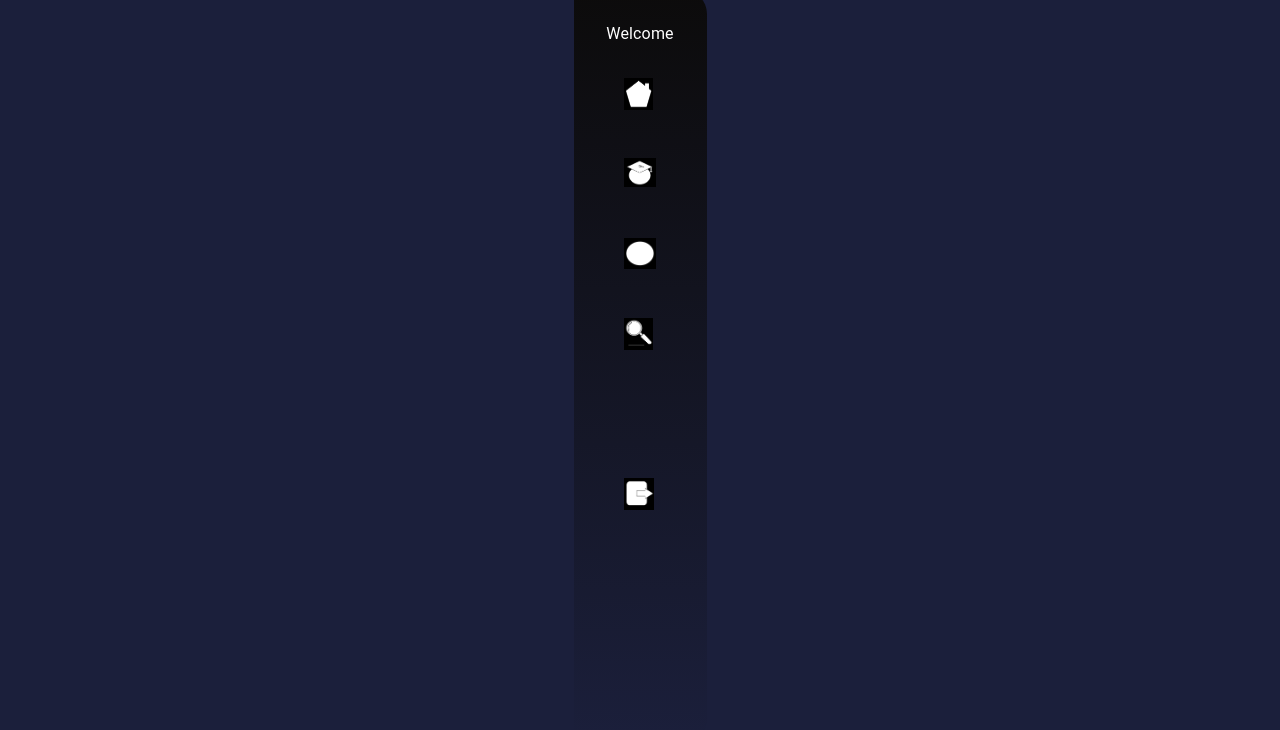
Repository: jvt2/OnlineCourseApp
Page: /dashboard
These files come from the project's save history. The page is drawn as it stood at one moment and after the next save; the edit follows.
The browser window is 1280 px wide. The pictures show the whole page.
The page's requests for data from a server got no answer. The project was rebuilt for these pictures with package versions that can differ from the ones it lists, and the page was loaded fresh each time. No one was signed in, and anything a server would have sent is missing. Also part of the build but not shown: src/features/auth/Register.js, src/features/auth/Login.js, src/features/courses/ResumeUpload.js, src/features/courses/CourseRecommendations.js, src/components/common/MyModal.js, src/features/courses/CourseCatalog.js, src/features/courses/CourseDetail.js, src/components/common/Navbar.js and 3 more. Imported but missing from the stored project, and not drawn on this page: src/app/reportWebVitals.

Above is the page before, as saved 2024-07-18 17:55:24.

### src/index.js
import React from 'react';
import ReactDOM from 'react-dom/client';
import { Provider } from 'react-redux';
import store from './redux/store';
import './index.css';
import App from './app/App';
import reportWebVitals from './app/reportWebVitals';

const root = ReactDOM.createRoot(document.getElementById('root'));
root.render(
  <React.StrictMode>
    <App />
  </React.StrictMode>
);

// If you want to start measuring performance in your app, pass a function
// to log results (for example: reportWebVitals(console.log))
// or send to an analytics endpoint. Learn more: https://bit.ly/CRA-vitals
reportWebVitals();

### src/redux/store.js
// src/redux/store.js

import { configureStore } from '@reduxjs/toolkit';
import userReducer from './userReducer';

const store = configureStore({
  reducer: {
    user: userReducer,
  },
});

export default store;

### src/redux/userReducer.js
// src/redux/userReducer.js
// src/redux/userReducer.js
import { createSlice } from '@reduxjs/toolkit';

const initialState = {
  id: null,
  email: null,
  token: null,
};

const userSlice = createSlice({
  name: 'user',
  initialState,
  reducers: {
    logIn(state, action) {
      state.id = action.payload.id;
      state.email = action.payload.email;
      state.token = action.payload.token;
    },
    logOut(state) {
      state.id = null;
      state.email = null;
      state.token = null;
    },
  },
});

export const { logIn, logOut } = userSlice.actions;
export default userSlice.reducer;

### src/app/App.css
/* App.css */
:root {
  --primary-bg-color: #1E1E2F;
  --secondary-bg-color: #282840;
  --primary-text-color: #F5F5F5;
  --link-color: #61dafb;
  --accent-color: #FF6B6B;
  --navbar-height: 4rem;
  --content-padding: 20px;
  --border-radius: 8px;
  --transition-duration: 0.3s;
  --gradient-bg-color: linear-gradient(120deg, #84fab0 0%, #8fd3f4 100%);
}

.App {
  text-align: center;
  font-family: 'Arial', sans-serif;
  background-color: var(--primary-bg-color);
}

.App-logo {
  height: 40vmin;
  pointer-events: none;
  filter: drop-shadow(0 0 10px var(--accent-color));
}

.App-header {
  background-color: var(--secondary-bg-color);
  min-height: 100vh;
  display: flex;
  flex-direction: column;
  align-items: center;
  justify-content: center;
  font-size: calc(10px + 2vmin);
  color: var(--primary-text-color);
  border-bottom-left-radius: var(--border-radius);
  border-bottom-right-radius: var(--border-radius);
}

.App-link {
  color: var(--link-color);
  transition: color var(--transition-duration);
}

.App-link:hover {
  color: var(--accent-color);
}

@media (prefers-reduced-motion: no-preference) {
  .App-logo {
    animation: App-logo-spin infinite 20s linear;
  }
}

@keyframes App-logo-spin {
  from {
    transform: rotate(0deg);
  }
  to {
    transform: rotate(360deg);
  }
}

.site-navbar {
  display: flex;
  align-items: center;
  background: var(--gradient-bg-color);
  padding: 10px 20px;
  height: var(--navbar-height);
  font-weight: 500;
  box-shadow: 0 4px 6px rgba(0, 0, 0, 0.1);
}

.navbar-nav {
  display: flex;
  align-items: center;
  list-style: none;
  margin: 0;
  padding: 0;
  flex-grow: 1;
  justify-content: center;
}

.nav-item {
  display: flex;
  align-items: center;
  justify-content: center;
  text-decoration: none;
  color: var(--primary-text-color);
  padding: 15px 25px;
  transition: all 0.3s ease-in-out;
  border-radius: var(--border-radius);
  position: relative;
}

.nav-item:before {
  content: '';
  position: absolute;
  top: 0;
  left: 0;
  width: 0;
  height: 100%;
  background: var(--accent-color);
  border-radius: var(--border-radius);
  transition: width 0.3s ease-in-out;
  z-index: -1;
}

.nav-item:hover:before {
  width: 100%;
}

.nav-item:hover {
  color: var(--secondary-bg-color);
  box-shadow: 0 4px 8px rgba(0, 0, 0, 0.2);
  text-decoration: none;
}

.navbar-brand {
  margin-right: auto;
  color: var(--primary-text-color);
  font-size: 1.5em;
  font-weight: bold;
}

.App-content {
  padding: var(--content-padding);
  color: var(--primary-text-color);
}

.App-footer {
  text-align: center;
  padding: var(--content-padding);
  background-color: var(--secondary-bg-color);
  color: var(--primary-text-color);
  box-shadow: 0 -4px 6px rgba(0, 0, 0, 0.1);
}

.course-recommendations {
  width: 80%;
  margin: auto;
  background: #f9f9f9;
  padding: 20px;
  border-radius: 5px;
  box-shadow: 0px 0px 10px rgba(0, 0, 0, 0.1);
}

.course-recommendations h2 {
  text-align: center;
  color: #333;
}

.course-recommendations .course {
  padding: 10px 0;
  border-bottom: 1px solid #eee;
}

.course-recommendations .course:last-child {
  border-bottom: none;
}

.course-recommendations .course button {
  margin-left: 10px;
}

body {
  background-color: #1a1a2e;
  color: #e94560;
}

.MuiContainer-root {
  background-color: #16213e;
  border-radius: 8px;
  padding: 20px;
  box-shadow: 0 4px 8px rgba(0, 0, 0, 0.2);
}

.customTextField .MuiInputBase-input {
  color: #fff;
  background-color: rgba(255, 255, 255, 0.1);
}

.customTextField .MuiInputLabel-root {
  color: rgba(255, 255, 255, 0.7);
}

.customTextField .MuiInputLabel-root.Mui-focused {
  color: #fff;
}

.customTextField .MuiOutlinedInput-root {
  &.Mui-focused .MuiOutlinedInput-notchedOutline {
    border-color: #fff;
  }
  & .MuiOutlinedInput-notchedOutline {
    border-color: rgba(255, 255, 255, 0.5);
  }
}

### src/features/dashboard/Dashboard.js
// src/features/dashboard/Dashboard.js
import React, { useEffect, useState } from 'react';
import axios from 'axios';
import { useSelector } from 'react-redux';
import { Container, Typography, Box, Grid, Card, CardContent, CardActions, Button, List, ListItem, ListItemText } from '@mui/material';
import { useNavigate } from 'react-router-dom';

import './Dashboard.css';

// Import or define the TopSection component
import TopSection from './TopSection';
import MiddleSection from './MiddleSection';
import BottomSection from './BottomSection';
import SideSection from './SideSection';

import RecommendedArticles from '../../components/common/Articles/RecommendedArticles';

function Dashboard() {
  const [articles, setArticles] = useState([]);
  const [enrolledCourses, setEnrolledCourses] = useState([]);
  const token = useSelector(state => state.user.token);
  const userId = useSelector(state => state.user.id);
  const userEmail = useSelector(state => state.user.email);
  const navigate = useNavigate();

  useEffect(() => {
    const fetchArticles = async () => {
      try {
        const response = await axios.get(`http://localhost:3001/user/${userId}/articles`, {
          headers: { Authorization: `Bearer ${token}` }
        });
        setArticles(response.data);
      } catch (error) {
        console.error('Error fetching articles:', error);
      }
    };

    const fetchEnrolledCourses = async () => {
      try {
        const response = await axios.get(`http://localhost:3001/user/${userId}/courses`, {
          headers: { Authorization: `Bearer ${token}` }
        });
        setEnrolledCourses(response.data);
      } catch (error) {
        console.error('Error fetching enrolled courses:', error);
      }
    };

    fetchArticles();
    fetchEnrolledCourses();
  }, [userId, token]);

  return (
    <div className="container">
      <Box className="sidebar">
        <div className="sidebar-main">
          <Typography className="sidebar-logo">Welcome</Typography>
          <div className="sidebar-icon icon-home" onClick={() => navigate('/dashboard')}></div>
          <div className="sidebar-icon icon-graduation"></div>
          <div className="sidebar-icon icon-user" onClick={() => navigate('/courses')}></div>
          <div className="sidebar-icon icon-search"></div>
          <div className="sidebar-icon icon-settings"></div>
          <div className="sidebar-icon icon-logout"></div>
        </div>
      </Box>
      <Box className="dashboard-container">
        <Typography className="dashboard-header" variant="h4" gutterBottom>
          Welcome, {userEmail}
        </Typography>
        <Grid container spacing={3}>
          <Grid item xs={12}>
            <TopSection />
          </Grid>
          <Grid item xs={12} md={8}>
            <MiddleSection />
            <BottomSection />
          </Grid>
          <Grid item xs={12} md={4}>
            <SideSection />
          </Grid>
        </Grid>
      </Box>
    </div>
  );
}

export default Dashboard;

### src/features/auth/Logout.js
// Logout.js
import { useEffect } from 'react';
import { useDispatch } from 'react-redux';
import { useNavigate } from 'react-router-dom';
import { logOut } from '../../redux/reducers/userslice'; // Import the logOut action

function Logout() {
  const navigate = useNavigate();
  const dispatch = useDispatch();

  useEffect(() => {
    localStorage.removeItem('token'); // Remove the token from local storage
    dispatch(logOut()); // Dispatch the logOut action
    navigate('/login'); // Navigate to the login page
  }, [dispatch, navigate]);

  return null;
}

export default Logout;

### src/components/common/LandingPage.css
body {
    display: flex;
    justify-content: center;
    align-items: center;
    height: 100vh;
    background-color: #f7f7f7;
    margin: 0;
    font-family: 'Roboto', sans-serif;
  }

  .sign-in-container {
    display: flex;
    justify-content: center;
    align-items: center;
    height: 100%;
    width: 100%;
  }

  .sign-in-form {
    background-color: white;
    padding: 60px;
    border-radius: 10px;
    box-shadow: 0 4px 8px rgba(0, 0, 0, 0.1);
    text-align: center;
    max-width: 600px;
    width: 90%;
  }

  .logo {
    width: 200px;
    height: 200px;
    margin-bottom: 30px;
    background-color: white;
    border-radius: 10px;
  }

  h1 {
    margin: 0;
    font-size: 32px;
    font-weight: 700;
  }

  .subtitle {
    margin: 10px 0;
    color: #555;
    font-size: 18px;
  }

  .google-sign-in {
    background-color: #ffffff;
    color: #000;
    border: 1px solid #ccc;
    padding: 15px;
    width: 100%;
    border-radius: 5px;
    margin-bottom: 30px;
    display: flex;
    justify-content: center;
    align-items: center;
    cursor: pointer;
    font-size: 18px;
    font-weight: 500;
    transition: background-color 0.3s;
  }

  .google-sign-in:hover {
    background-color: #f0f0f0;
  }

  .google-logo {
    width: 25px;
    margin-right: 10px;
  }

  .separator {
    display: flex;
    align-items: center;
    text-align: center;
    margin: 30px 0;
    color: #aaa;
    font-size: 18px;
  }

  .separator::before,
  .separator::after {
    content: '';
    flex: 1;
    border-bottom: 1px solid #ccc;
  }

  .separator:not(:empty)::before {
    margin-right: .5em;
  }

  .separator:not(:empty)::after {
    margin-left: .5em;
  }

  .email-input,
  .password-input {
    width: 100%;
    padding: 15px;
    margin-bottom: 30px;
    border: 1px solid #ccc;
    border-radius: 5px;
    font-size: 18px;
    transition: border-color 0.3s;
  }

  .email-input:focus,
  .password-input:focus {
    border-color: #007bff;
    outline: none;
  }

  .continue-button {
    background-color: #9b51e0;
    color: white;
    border: none;
    padding: 15px;
    width: 100%;
    border-radius: 5px;
    font-size: 18px;
    font-weight: 500;
    cursor: pointer;
    transition: background-color 0.3s;
    margin-bottom: 10px; /* Add margin to separate the buttons */
  }

  .continue-button:hover {
    background-color: #7a3bc0;
  }

  .email-error {
    color: red;
    margin-top: 10px;
    font-size: 14px;
  }


  .back-button {
    background-color: #ccc;
    color: white;
    border: none;
    padding: 15px;
    width: 100%;
    border-radius: 5px;
    font-size: 18px;
    font-weight: 500;
    cursor: pointer;
    transition: background-color 0.3s;
    margin-bottom: 10px; /* Add margin to separate the buttons */
  }

  .back-button:hover {
    background-color: #aaa;
  }

  .sign-up-link {
    margin-top: 30px;
    color: #aaa;
    font-size: 18px;
  }

  .sign-up-link a {
    color: #9b51e0;
    text-decoration: none;
  }

  .sign-up-link a:hover {
    text-decoration: underline;
  }

### src/features/dashboard/Dashboard.css
:root {
  --primary-color: #0C0B0B;
  --secondary-color: #1b1f3b;
  --text-color: #FFFFFF;
  --icon-color: #BBBBBB;
  --icon-active-color: #FFFFFF;
  --icon-hover-color: #E0E0E0;
  --accent-color: #4a90e2;
  --hover-color: rgba(255, 255, 255, 0.2);
  --focus-color: rgba(255, 255, 255, 0.3);
  --font-main: 'Arial', sans-serif;
  --font-header: 'Baloo Bhai', sans-serif;
  --border-radius: 24px;
  --transition-speed: 0.3s;
  --spacing-unit: 16px;
  --icon-size: 32px;
}

/* Dark mode */
@media (prefers-color-scheme: dark) {
  :root {
    --primary-color: #1a1a1a;
    --secondary-color: #121212;
    --text-color: #e0e0e0;
    --icon-color: #CCCCCC;
    --icon-active-color: #FFFFFF;
    --icon-hover-color: #FFFFFF;
    --accent-color: #bb86fc;
    --hover-color: rgba(255, 255, 255, 0.3);
    --focus-color: rgba(255, 255, 255, 0.4);
  }
}
/* General styles for the dashboard */
body {
  margin: 0;
  font-family: var(--font-main);
  font-size: clamp(16px, 2vw, 20px);
  color: var(--text-color);
  background-color: var(--secondary-color);
}

.container {
  display: grid;
  grid-template-columns: 133px 1fr;
  min-height: 100vh;
}

.sidebar {
  width: 133px;
  background: var(--primary-color);
  border-radius: 0 var(--border-radius) var(--border-radius) 0;
  display: flex;
  flex-direction: column;
  align-items: center;
  justify-content: space-between;
  padding: var(--spacing-unit) 0;
  position: fixed;
  height: 100vh;
  background: linear-gradient(180deg, #0C0B0B 0%, #1b1f3b 100%);
}

.sidebar-main {
  display: flex;
  flex-direction: column;
  align-items: center;
  width: 100%;
  gap: var(--spacing-unit);
  padding: var(--spacing-unit);
}

.sidebar-logo {
  font-family: var(--font-header);
  color: var(--text-color);
  font-weight: 400;
  font-size: 64px;
  line-height: 102px;
  margin-bottom: 40px;
  text-align: center;
  margin-top: var(--spacing-unit);
}

.sidebar-icon {
  width: var(--icon-size);
  height: var(--icon-size);
  margin: var(--spacing-unit) 0;
  cursor: pointer;
  background-size: contain;
  background-repeat: no-repeat;
  transition: all var(--transition-speed) ease;
  color: var(--icon-color);
}
.sidebar-icon:hover {
  background-color: var(--hover-color);
  color: var(--icon-hover-color);
  transform: scale(1.1);
}

.sidebar-icon:focus {
  outline: none;
  box-shadow: 0 0 0 3px var(--focus-color);
}
.sidebar-icon.icon-home {
  background-image: url('/public/assets/home_I.png');
}

.sidebar-icon.icon-graduation {
  background-image: url('/public/assets/enroll.png');
}

.sidebar-icon.icon-user {
  background-image: url('/public/assets/user.png');
}

.sidebar-icon.icon-search {
  background-image: url('/public/assets/search.png');
}

.sidebar-icon.icon-logout {
  background-image: url('/public/assets/logout.png');
}

.dashboard-container {
  background-color: var(--secondary-color);
  padding: var(--spacing-unit);
  display: grid;
  grid-template-rows: auto 1fr;
  gap: var(--spacing-unit);
  overflow-y: auto;
}

.dashboard-header {
  margin-bottom: var(--spacing-unit);
  text-align: center;
  font-family: var(--font-header);
}

.grid-item {
  background-color: var(--secondary-color);
  padding: var(--spacing-unit);
  border-radius: var(--border-radius);
  box-shadow: 0 2px 10px rgba(0, 0, 0, 0.1);
}

.card-content, .card-actions {
  padding: var(--spacing-unit);
}

.card-actions {
  display: flex;
  justify-content: flex-end;
}

.recommendations-container {
  background-color: #f5f5f5;
  border-radius: var(--border-radius);
  padding: var(--spacing-unit);
  margin-bottom: var(--spacing-unit);
}

.recommendation-item {
  background-color: white;
  border-radius: 4px;
  padding: var(--spacing-unit);
  margin-bottom: var(--spacing-unit);
  box-shadow: 0 2px 4px rgba(0, 0, 0, 0.1);
}

.recommendation-title {
  font-weight: bold;
  margin-bottom: 5px;
}

.recommendation-description {
  color: #666;
  font-size: 0.9em;
}

/* Media Queries */
@media (max-width: 768px) {
  .container {
    grid-template-columns: 1fr;
  }

  .sidebar {
    flex-direction: row;
    justify-content: space-around;
    border-radius: 0;
    width: 100%;
    height: auto;
    padding: var(--spacing-unit);
    position: relative;
  }

  .sidebar-main {
    flex-direction: row;
  }

  .sidebar-icon {
    margin: 10px;
  }

  .dashboard-header {
    font-size: 1.5rem;
  }

  .dashboard-container {
    margin-left: 0;
  }
}

@media (max-width: 480px) {
  .container {
    flex-direction: column;
  }

  .sidebar {
    flex-direction: column;
    align-items: flex-start;
    padding: 10px;
    position: relative;
  }

  .sidebar-main {
    flex-direction: row;
  }

  .sidebar-icon {
    margin: 5px;
  }

  .dashboard-header {
    font-size: 1.2rem;
  }

  .dashboard-container {
    margin-left: 0;
  }
}

### src/features/dashboard/TopSection.js
// src/features/dashboard/TopSection.js
import React from 'react';
import { Box, Typography, Grid } from '@mui/material';
import LearningHoursChart from '../../components/common/Charts/LearningHoursChart';



function TopSection() {
  return (
    <Box>
      <Typography variant="h4" gutterBottom>Welcome, [User Name]!</Typography>
      <Grid container spacing={3}>
        <Grid item xs={12} md={4}>
          <LearningHoursChart />
        </Grid>
      </Grid>
    </Box>
  );
}

export default TopSection;

### src/features/dashboard/MiddleSection.js
// src/features/dashboard/MiddleSection.js
import React from 'react';
import { Box, Typography } from '@mui/material';
import RecommendedArticles from '../../components/common/Articles/RecommendedArticles';

function MiddleSection() {
  return (
    <Box>
      <Typography variant="h5" gutterBottom>Recommended Articles</Typography>
      <RecommendedArticles />
    </Box>
  );
}

export default MiddleSection;

### src/features/dashboard/BottomSection.js
// src/features/dashboard/BottomSection.js
import React from 'react';
import { Box, Typography, Grid } from '@mui/material';


function BottomSection() {
  return (
    <Box>
      <Typography variant="h5" gutterBottom>Suggested Courses</Typography>
      <Grid container spacing={3}>
        <Grid item xs={12} md={6}>

        </Grid>
        <Grid item xs={12} md={6}>

        </Grid>
      </Grid>
    </Box>
  );
}

export default BottomSection;

### src/features/dashboard/SideSection.js
// src/features/dashboard/SideSection.js
import React from 'react';
import { Box, Typography, Grid } from '@mui/material';
import CareerPathRecommendations from '../../components/common/Recommendations/CareerPathRecommendations';
import SkillDevelopment from '../../components/common/Recommendations/SkillDevelopment';

function SideSection() {
  return (
    <Box>
      <Typography variant="h5" gutterBottom>User Engagement</Typography>
      <Grid container spacing={3}>
        <Grid item xs={12}>
          <CareerPathRecommendations />
        </Grid>
        <Grid item xs={12}>
          <SkillDevelopment />
        </Grid>
      </Grid>
    </Box>
  );
}

export default SideSection;

### src/components/common/Articles/RecommendedArticles.js
// src/components/Articles/RecommendedArticles.js
import React from 'react';

function RecommendedArticles() {
  return (
    <div>
      <h2>Recommended Articles</h2>
    </div>
  );
}

export default RecommendedArticles;

### src/redux/reducers/userslice.js
import { createSlice } from '@reduxjs/toolkit';

const userSlice = createSlice({
  name: 'user',
  initialState: { name: '', loggedIn: false },
  reducers: {
    logIn: (state, action) => {
      state.name = action.payload.name;
      state.loggedIn = true;
    },
    logOut: (state) => {
      state.name = '';
      state.loggedIn = false;
    }
  }
});

export const { logIn, logOut } = userSlice.actions;
export default userSlice.reducer;

### src/components/common/Charts/LearningHoursChart.js
// src/components/Charts/LearningHoursChart.js
import React from 'react';

function LearningHoursChart() {
  return (
    <div>
      <h2>Learning Hours Chart</h2>
    </div>
  );
}

export default LearningHoursChart;

### src/components/common/Recommendations/CareerPathRecommendations.js
// src/components/Recommendations/CareerPathRecommendations.js
import React from 'react';

function CareerPathRecommendations() {
  return (
    <div>
      <h2>Career Path Recommendations</h2>
    </div>
  );
}

export default CareerPathRecommendations;

### src/components/common/Recommendations/SkillDevelopment.js
// src/components/Recommendations/SkillDevelopment.js
import React from 'react';

function SkillDevelopment() {
  return (
    <div>
      <h2>Skill Development</h2>
    </div>
  );
}

export default SkillDevelopment;

Loaded but not shown: public/index.html (common file); src/index.css (common file); src/app/App.js (103 lines, source omitted)

After the next save:
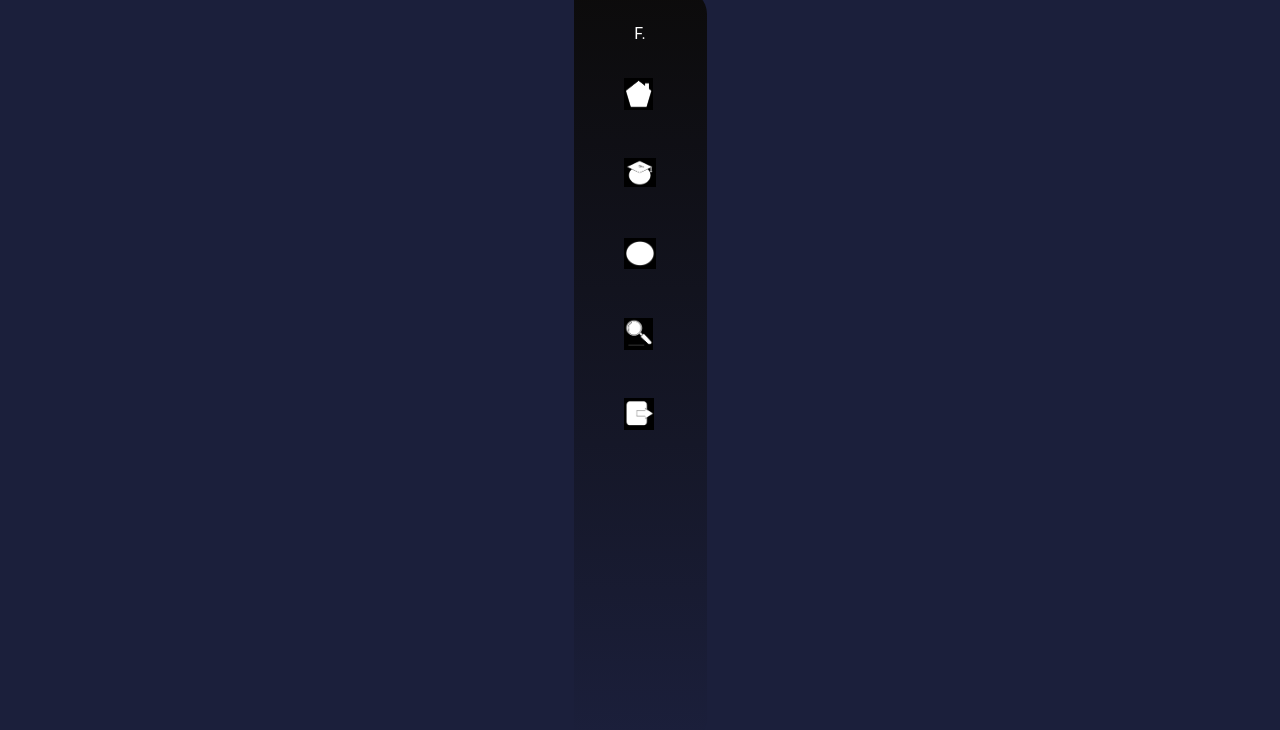
Saved 3 min 43 s later.
--- a/src/features/dashboard/Dashboard.js
+++ b/src/features/dashboard/Dashboard.js
@@ -54,13 +54,12 @@ function Dashboard() {
     <div className="container">
       <Box className="sidebar">
         <div className="sidebar-main">
-          <Typography className="sidebar-logo">Welcome</Typography>
-          <div className="sidebar-icon icon-home" onClick={() => navigate('/dashboard')}></div>
-          <div className="sidebar-icon icon-graduation"></div>
-          <div className="sidebar-icon icon-user" onClick={() => navigate('/courses')}></div>
-          <div className="sidebar-icon icon-search"></div>
-          <div className="sidebar-icon icon-settings"></div>
-          <div className="sidebar-icon icon-logout"></div>
+          <Typography className="sidebar-logo">F.</Typography>
+          <div className="sidebar-icon icon-home" tabIndex="0" onClick={() => navigate('/dashboard')}></div>
+          <div className="sidebar-icon icon-graduation" tabIndex="0"></div>
+          <div className="sidebar-icon icon-user" tabIndex="0" onClick={() => navigate('/courses')}></div>
+          <div className="sidebar-icon icon-search" tabIndex="0"></div>
+          <div className="sidebar-icon icon-logout" tabIndex="0"></div>
         </div>
       </Box>
       <Box className="dashboard-container">
